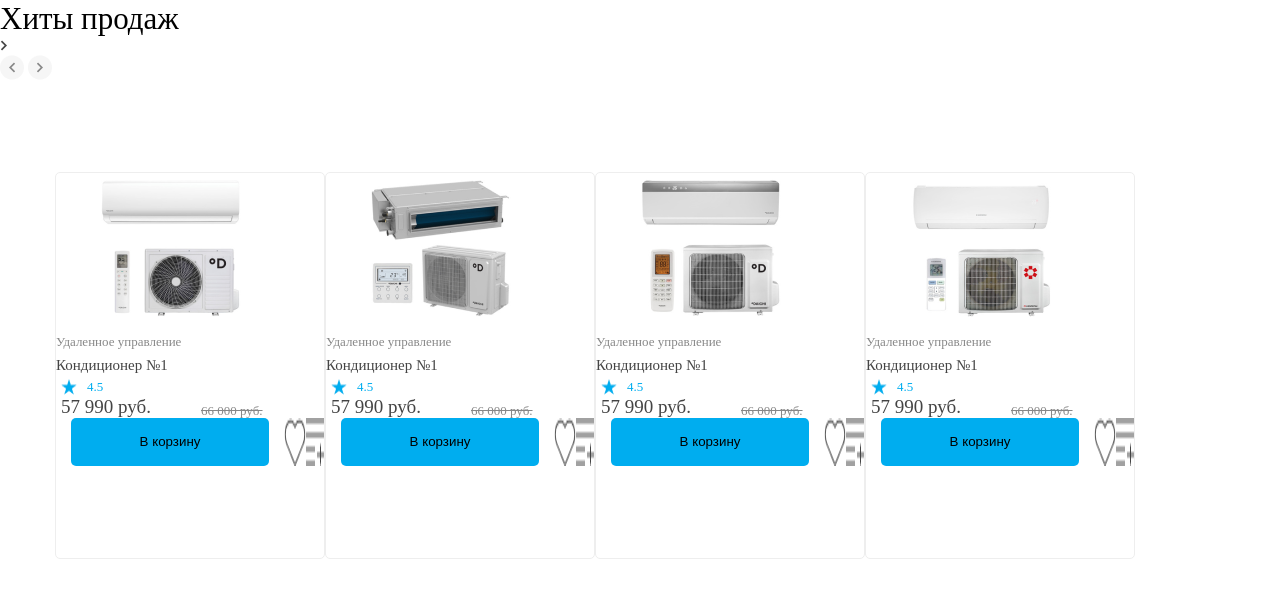
Repository: NikaMana/us
Page: index.html
These files come from the project's save history. The page is drawn as it stood at one moment and after the next save; the edit follows.
The browser window is 1280 px wide. The pictures show the whole page.

Above is the page before, as saved 2021-09-15 15:42:17.

### index.html
<!DOCTYPE html>
<html lang="ru">
<head>
    <meta charset="utf-8">
    <title>Main page</title>
    <meta name="viewport" content="widht=1100, initial-scale=1.0">
    <link rel="stylesheet" href="./styles.css">


</head>
<body>
<div class="welcome">
  <div class="welcome__container">
    <div class="welcome__up">
      <div class="welcome__left">
        <h1 class="welcome__hits">Хиты продаж</h1>
        <img class="welcome__arr" src="/img/arrbl.png" alt="blackarrow">
      </div>
      <div class="welcome__right">
        <img class="welcome__arr-left" src="/img/arrleft.png" alt="arrowleft">
        <img class="welcome__arr-right" src="/img/arrright.png" alt="arrowright">
      </div>
    </div>
      <div class="welcome__block-container">
        <div class="welcome__block">
          <img class="welcome__pic" src="/img/pic1.png" alt="condition">
          <h4 class="welcome__control">Удаленное управление</h4>
          <h3 class="welcome__condition">Кондиционер №1</h3>
          <div class="welcome__rating">
            <img class="welcome__star" src="/img/Star.png" alt="star">
            <span class="welcome__score">4.5</span>
          </div>
          <div class="welcome__price">
            <h2 class="welcome__price-current">57 990 руб.</h2>
            <h3 class="welcome__price-past">66 000 руб.</h3>
          </div>
          <div class="welcome__adding">
            <button class="welcome__button">В корзину</button>
            <img class="welcome__like" src="/img/like.png" alt="like">
            <img class="welcome__plus" src="/img/add.png" alt="add">
          </div>
        </div>
        <div class="welcome__block">
          <img class="welcome__pic" src="/img/pic2.png" alt="condition">
          <h4 class="welcome__control">Удаленное управление</h4>
          <h3 class="welcome__condition">Кондиционер №1</h3>
          <div class="welcome__rating">
            <img class="welcome__star" src="/img/Star.png" alt="star">
            <span class="welcome__score">4.5</span>
          </div>
          <div class="welcome__price">
            <h2 class="welcome__price-current">57 990 руб.</h2>
            <h3 class="welcome__price-past">66 000 руб.</h3>
          </div>
          <div class="welcome__adding">
            <button class="welcome__button">В корзину</button>
            <img class="welcome__like" src="/img/like.png" alt="like">
            <img class="welcome__plus" src="/img/add.png" alt="add">
          </div>
        </div>
        <div class="welcome__block">
          <img class="welcome__pic" src="/img/pic3.png" alt="condition">
          <h4 class="welcome__control">Удаленное управление</h4>
          <h3 class="welcome__condition">Кондиционер №1</h3>
          <div class="welcome__rating">
            <img class="welcome__star" src="/img/Star.png" alt="star">
            <span class="welcome__score">4.5</span>
          </div>
          <div class="welcome__price">
            <h2 class="welcome__price-current">57 990 руб.</h2>
            <h3 class="welcome__price-past">66 000 руб.</h3>
          </div>
          <div class="welcome__adding">
            <button class="welcome__button">В корзину</button>
            <img class="welcome__like" src="/img/like.png" alt="like">
            <img class="welcome__plus" src="/img/add.png" alt="add">
          </div>
        </div>
        <div class="welcome__block">
          <img class="welcome__pic" src="/img/pic4.png" alt="condition">
          <h4 class="welcome__control">Удаленное управление</h4>
          <h3 class="welcome__condition">Кондиционер №1</h3>
          <div class="welcome__rating">
            <img class="welcome__star" src="/img/Star.png" alt="star">
            <span class="welcome__score">4.5</span>
          </div>
          <div class="welcome__price">
            <h2 class="welcome__price-current">57 990 руб.</h2>
            <h3 class="welcome__price-past">66 000 руб.</h3>
          </div>
          <div class="welcome__adding">
            <button class="welcome__button">В корзину</button>
            <img class="welcome__like" src="/img/like.png" alt="like">
            <img class="welcome__plus" src="/img/add.png" alt="add">
          </div>
        </div>
      </div>
  </div>
</div>
</body>

### styles.css
*{
  margin: 0;
  padding: 0;
  box-sizing: border-box;
}
button{
  border: none;
  background: no-repeat;
}
h1, h2,h3,h4,h5{
  font-family: none;
  font-size: none;
}
.welcome{
  position: absolute;
  width: 100%;
  height: 100%;
  z-index: 0;
}

.welcome__hits{
font-family: Gotham Pro;
font-size: 31px;
font-style: normal;
font-weight: 300;
line-height: 37px;
letter-spacing: 0em;
text-align: left;
}
.welcome__block-container{
  display: flex;
  flex-direction: row;
}
.welcome__block{
height: 387px;
width: 270px;
left: 55px;
top: 88px;
border-radius: 5px;
position: relative;
height: 387px;
left: 55px;
right: 955px;
top: 88px;
background: #FFFFFF;
border: 1px solid #EEEEEE;
box-sizing: border-box;
border-radius: 5px;
}
.welcome__pic{
height: 150px;
left: 20px;
right: 20px;
top: 20px;
}
.welcome__control{
  position: static;
width: 230px;
height: 19px;
left: 0px;
top: 0px;
font-family: Gotham Pro;
font-style: normal;
font-weight: normal;
font-size: 13px;
line-height: 19px;
color: #888888;
flex: none;
order: 0;
align-self: stretch;
flex-grow: 0;
margin: 5px 0px;
}
.welcome__condition{
  position: static;
width: 230px;
height: 18px;
left: 0px;
top: 0px;
font-family: Gotham Pro;
font-style: normal;
font-weight: normal;
font-size: 15px;
line-height: 18px;
color: #444444;
flex: none;
order: 0;
align-self: stretch;
flex-grow: 0;
margin: 5px 0px;
}
.welcome__rating{
  display: flex;
}
.welcome__star{
  position: static;
width: 16px;
height: 16px;
left: 0px;
top: 0px;
flex: none;
order: 0;
flex-grow: 0;
margin: 0px 5px;
}
.welcome__score{
  position: static;
width: 165px;
height: 15px;
left: 21px;
top: 0px;
font-family: Gotham Pro;
font-style: normal;
font-weight: normal;
font-size: 13px;
line-height: 15px;
display: flex;
align-items: center;
color: #00ADEF;
flex: none;
order: 1;
flex-grow: 1;
margin: 0px 5px;
}
.welcome__price{
  display: flex;
}
.welcome__price-current{
  position: static;
width: 130px;
height: 23px;
left: 0px;
top: 0px;
font-family: Gotham Pro;
font-style: normal;
font-weight: normal;
font-size: 19px;
line-height: 23px;
display: flex;
align-items: flex-end;
color: #444444;
flex: none;
order: 0;
flex-grow: 0;
margin: 0px 5px;
}
.welcome__price-past{
  position: static;
width: 103px;
height: 23px;
left: 135px;
top: 0px;
font-family: Gotham Pro;
font-style: normal;
font-weight: normal;
font-size: 13px;
line-height: 15px;
display: flex;
align-items: flex-end;
text-decoration-line: line-through;
color: #888888;
flex: none;
order: 1;
flex-grow: 0;
margin: 0px 5px;
}
.welcome__adding{
  display: flex;
}
.welcome__button{
  display: flex;
flex-direction: row;
justify-content: center;
align-items: center;
padding: 14px 40px 16px;
position: static;
width: 152px;
height: 48px;
left: 0px;
top: 0px;
background: #00ADEF;
border-radius: 5px;
flex: none;
order: 0;
flex-grow: 1;
margin: 0px 15px;
cursor: pointer;
}
.welcome__like{

}

After the next save:
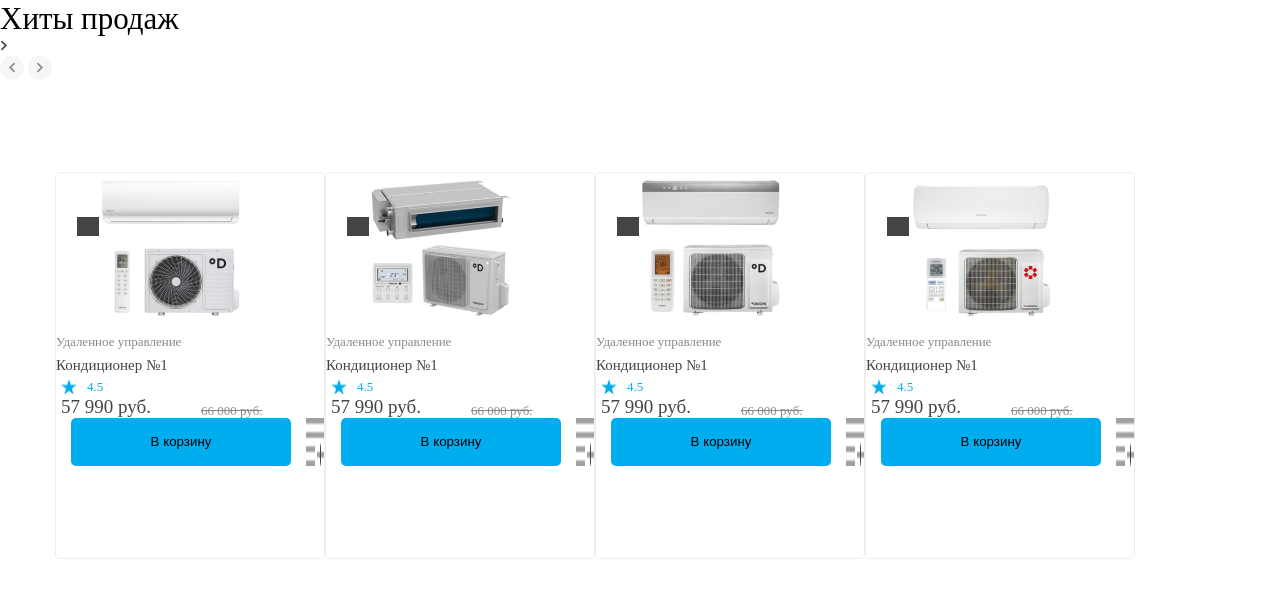
Saved 22 s later.
--- a/styles.css
+++ b/styles.css
@@ -187,5 +187,11 @@ margin: 0px 15px;
 cursor: pointer;
 }
 .welcome__like{
-
+  position: absolute;
+left: 7.69%;
+right: 7.69%;
+top: 11.54%;
+bottom: 13.08%;
+background: #444444;
+cursor: pointer;
 }
